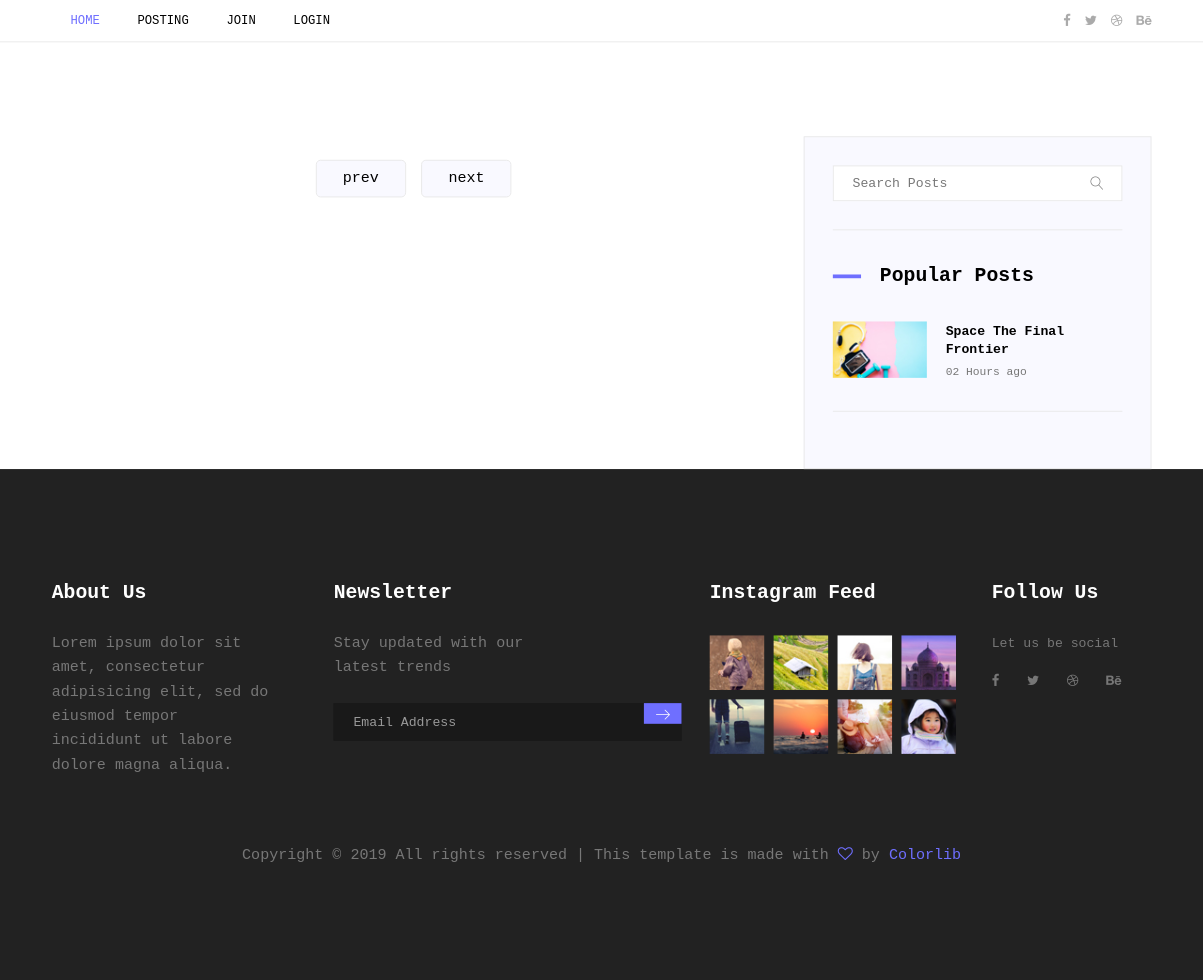
Repository: DAVISPARK/park
Page: http://localhost/blog/board/list.jsp
These files come from the project's save history. The page is drawn as it stood at one moment and after the next save; the edit follows.
The browser window is 1280 px wide. The pictures show the whole page, at 94% of full size.
Some web fonts or font styles are not loaded; a fallback is used. The page is served by Tomcat 9. The template is opened directly, without the code that normally fills it, so the values that code supplies are empty.

Above is the page before, as saved 2019-10-30 06:29:32.

After the next save:
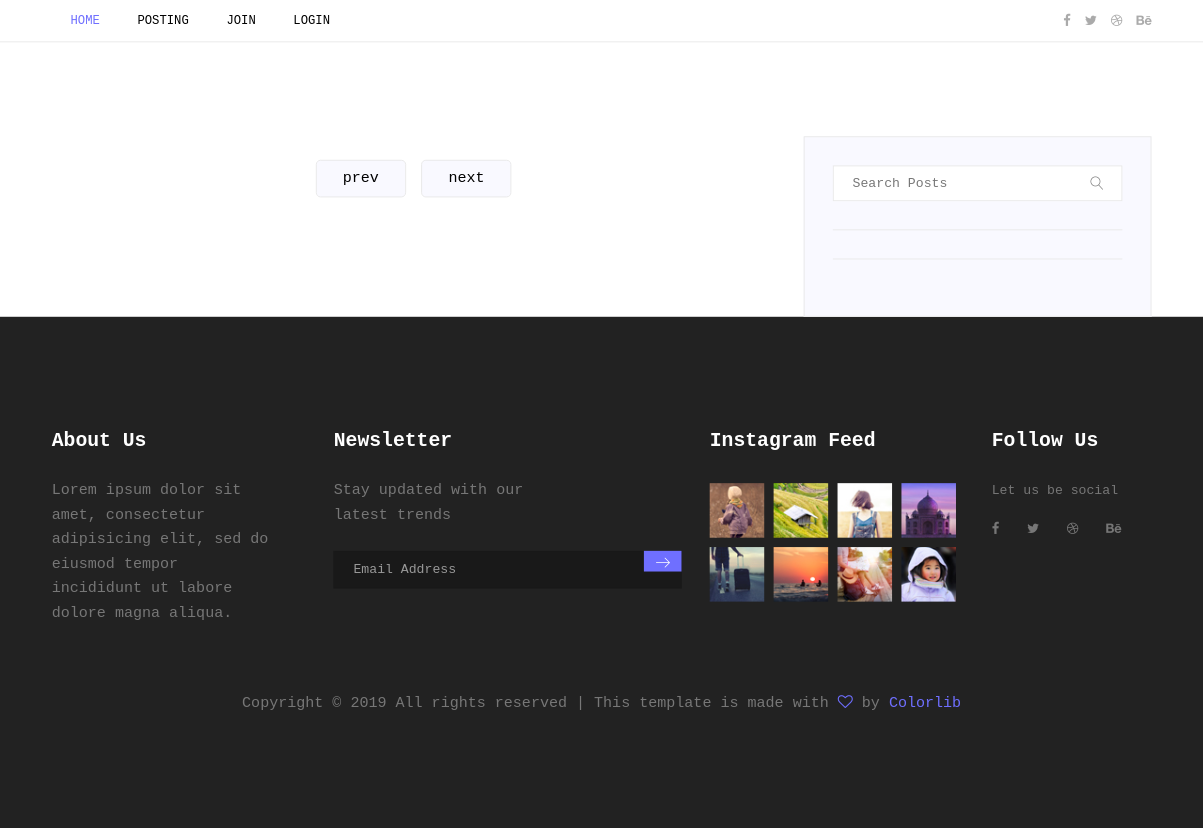
Saved 45 s later.
--- a/blog/WebContent/board/list.jsp
+++ b/blog/WebContent/board/list.jsp
@@ -71,16 +71,6 @@
                                 <div class="br"></div>
                             </aside>
 
-                            <aside class="single_sidebar_widget popular_post_widget">
-                                <h3 class="widget_title">Popular Posts</h3>
-                                <div class="media post_item">
-                                    <img src="/blog/img/blog/popular-post/post1.jpg" alt="post">
-                                    <div class="media-body">
-                                        <a href="blog-details.html"><h3>Space The Final Frontier</h3></a>
-                                        <p>02 Hours ago</p>
-                                    </div>
-                                </div>
-
                                <c:forEach var= "board" items="${hotBoards}">
                                 <div class="media post_item">
                                     <img src="/blog/img/blog/popular-post/post4.jpg" alt="post">
